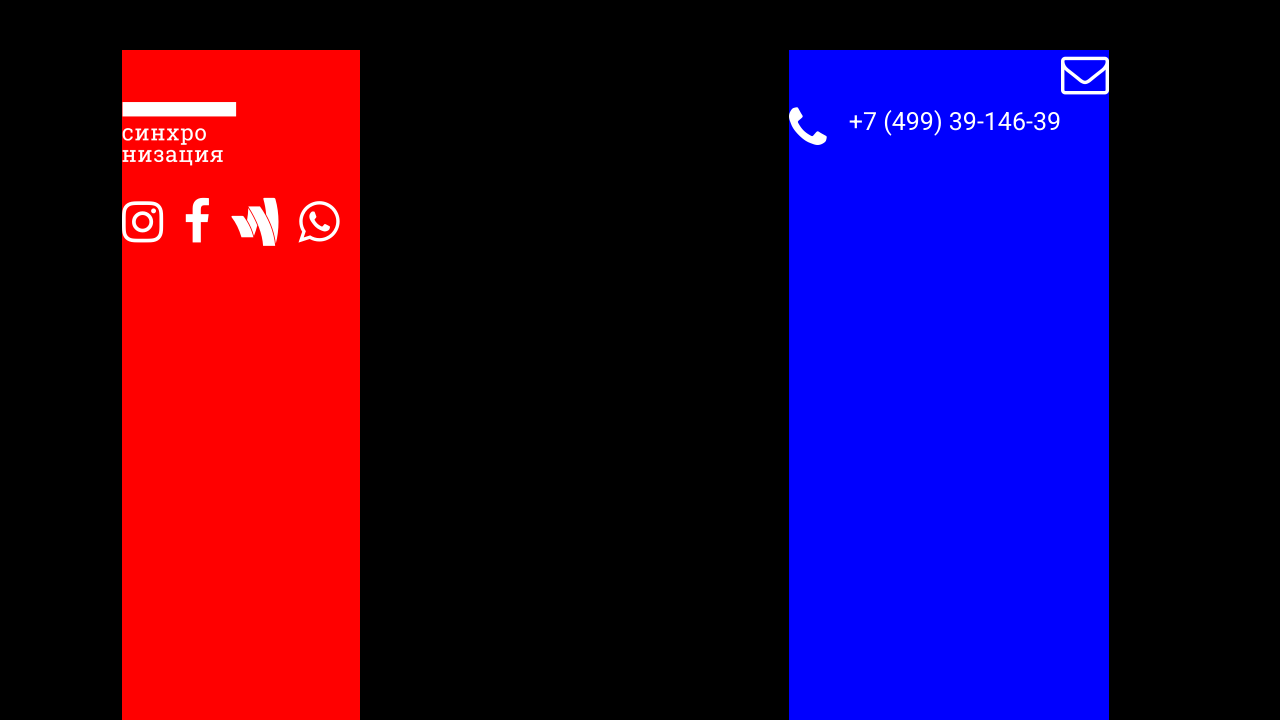
Repository: SabrinaSeydaliyeva/Task7
Page: black.html
These files come from the project's save history. The page is drawn as it stood at one moment and after a run of saves; the edit follows.
The browser window is 1280 px wide. The pictures show the whole page.

Above is the page before, as saved 2023-05-18 16:24:37.

### black.html
<!DOCTYPE html>
<html lang="en">

<head>
    <meta charset="UTF-8">
    <meta http-equiv="X-UA-Compatible" content="IE=edge">
    <meta name="viewport" content="width=device-width, initial-scale=1.0">
    <title>Document</title>
</head>
<link rel="stylesheet" href="black.css">
<link rel="stylesheet" href="https://cdnjs.cloudflare.com/ajax/libs/font-awesome/4.7.0/css/font-awesome.css">

<body>
    <div class="container">
        <div class="box1">
            <img src="logo_mobile_white 1.png" alt="">
            <div class="icon1">
                <i class="fa fa-instagram fa-3x" aria-hidden="true"></i>
                <i class="fa fa-facebook fa-3x" aria-hidden="true"></i>
                <i class="fa fa-google-wallet fa-3x" aria-hidden="true"></i>
                <i class="fa fa-whatsapp fa-3x" aria-hidden="true"></i>

            </div>

            <!-- <p class="text">© Синхронизация, 2020</p> -->

        </div>
        <ul class="box2">
            <i class="fa fa-phone fa-3x iconphone" aria-hidden="true"></i>
            <p class="number">+7 (499) 39-146-39</p>

            <i class="fa fa-envelope-o fa-3x email" aria-hidden="true"></i>
        </ul>

    </div>

</body>

</html>

### black.css
@import url('https://fonts.googleapis.com/css2?family=Roboto&display=swap');

* {
    margin: 0px;
    padding: 0px;
    box-sizing: border-box;
}

.container {
    padding-left: 122px;
    padding-right: 171px;
    padding-top: 50px;
    width: 100%;
    min-height: 100vh;
    background-color: black;
    display: flex;
    justify-content: space-between;

}

.box1 {
    /* width: 50%; */
    background-color: red;
    display: flex;
    flex-direction: column;
}


.box2 {
    /* width: 50%; */
    display: flex;
    background-color: blue;
}

img {
    width: 115px;
    height: 68px;
    margin-top: 50px;
}

.icon1 {
    width: 50%;
    height: 50px;
    margin-top: 30px;
    display: flex;

}
.icon1 i{
    margin-right: 20px;
    color: white;
}

.text {
    color: white;
    font-family: 'Roboto';
    font-style: normal;
    font-weight: 400;
    font-size: 18px;
    line-height: 101.38%;
    margin-top: 146px;
}

.iconphone {
    color: white;
    margin-top: 54px;
}

.number {
    color: white;
    font-family: 'Roboto';
    font-style: normal;
    font-weight: 400;
    font-size: 25px;
    line-height: 101.38%;
    margin-top: 59px;
    margin-left: 22px;
}

.email {
    color: white;
}

After the next 6 saves:
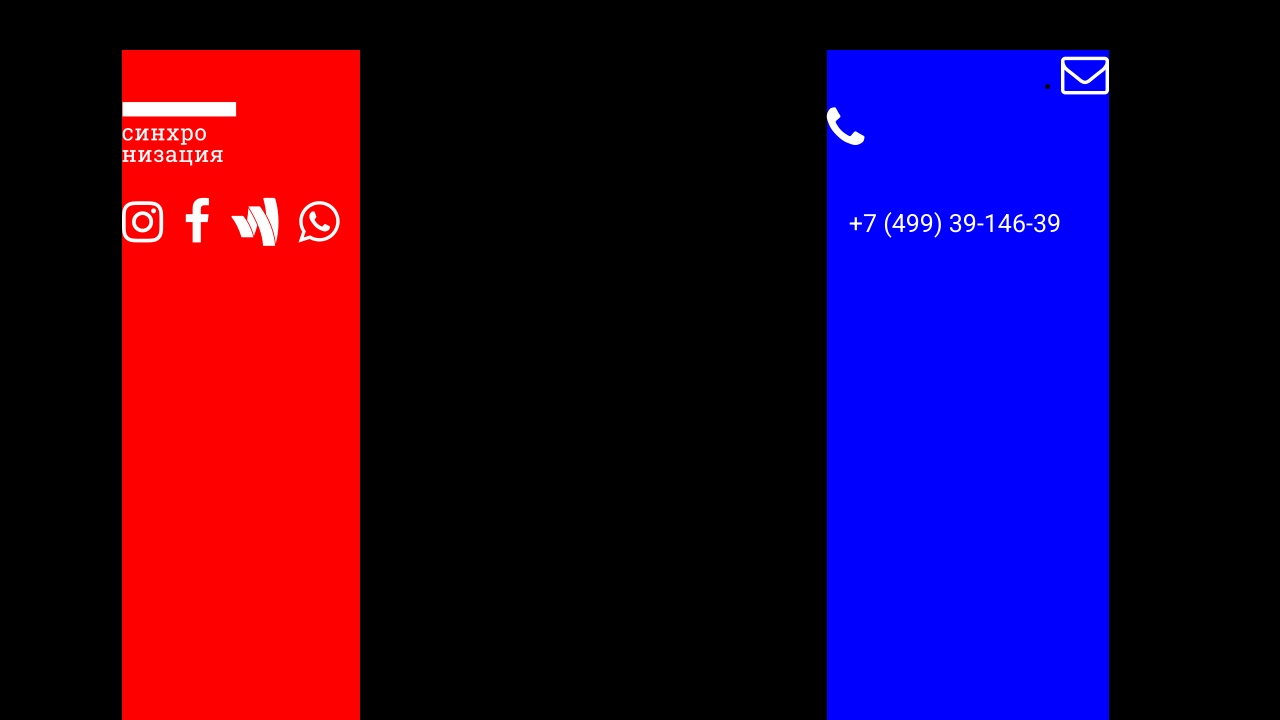
The 6 saves are shown as one change because they came seconds apart.
The last was saved 16 s later.
--- a/black.html
+++ b/black.html
@@ -26,10 +26,13 @@
 
         </div>
         <ul class="box2">
-            <i class="fa fa-phone fa-3x iconphone" aria-hidden="true"></i>
-            <p class="number">+7 (499) 39-146-39</p>
+            <li> <i class="fa fa-phone fa-3x iconphone" aria-hidden="true"></i>
+                <p class="number">+7 (499) 39-146-39</p>
+            </li>
+<li>
+    <i class="fa fa-envelope-o fa-3x email" aria-hidden="true"></i>
 
-            <i class="fa fa-envelope-o fa-3x email" aria-hidden="true"></i>
+</li>
         </ul>
 
     </div>
